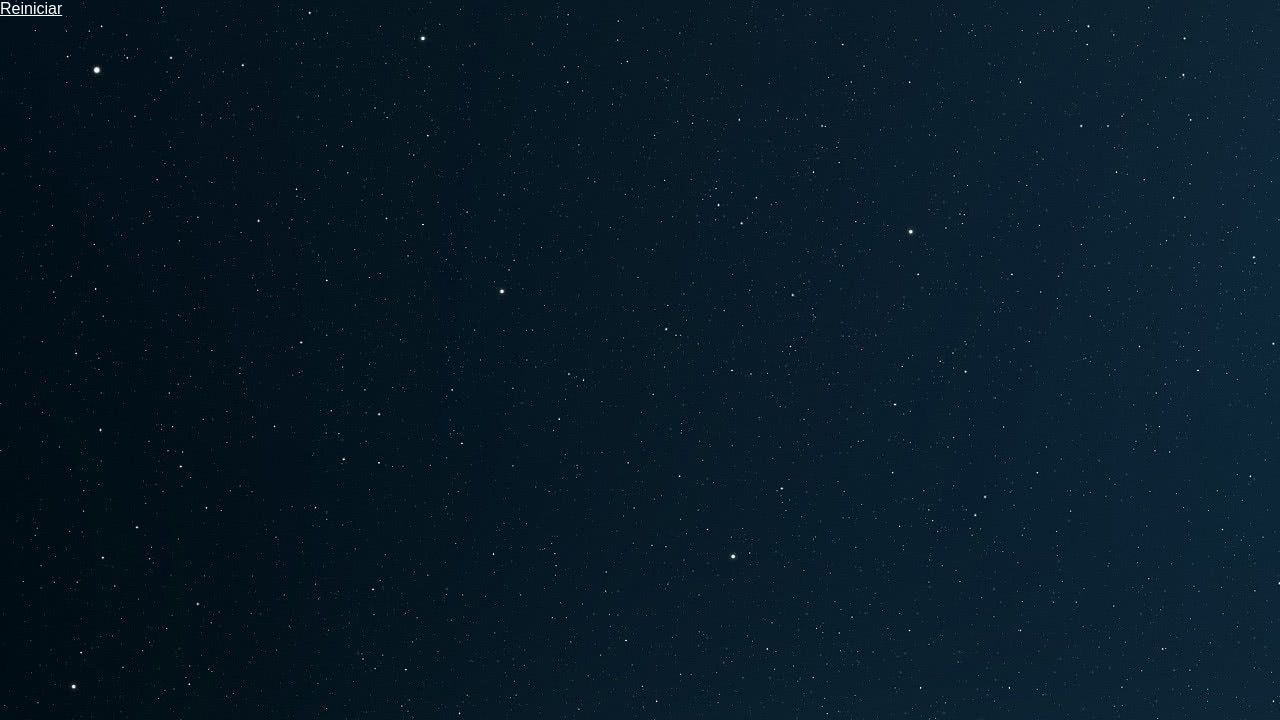
Repository: AndoresuDevs/Diplomado-Java-EE-
Page: http://localhost/Libreria_v01/Errores.jsp
The author's editor kept a copy of each file at every save. The page is drawn from the files as they stood at one save, then again after the next save.
The browser window is 1280 px wide. The pictures show the whole page.
The page is served by Tomcat 9. Nobody is signed in. The application's start-up code is not run. Other server files are loaded and not shown.

Above is the page before, as saved 2021-12-01 18:21:18.

### Libreria v01/src/main/webapp/Errores.jsp
<%@ page language="java" contentType="text/html; charset=ISO-8859-1"
    pageEncoding="ISO-8859-1"%>
<!DOCTYPE html>
<html>
	<head>
		<meta charset="ISO-8859-1">
		<title>Error</title>
		<link rel="stylesheet" href="css/formularios.css">
	</head>
	<body background="img/formulario.jpg">
			<div class=contenedor>



			<a href="MostrarLibros.jsp">Reiniciar</a>
			</div>
	</body>
</html>

### Libreria v01/src/main/webapp/css/formularios.css
@charset "ISO-8859-1";




* {
	margin: 0;
	padding: 0;
	box-sizing: border-box;
	font-family: 'Montserrat Alternates', sans-serif;
}

.inputs{
	width:100%;
	background:#24303c;
	padding:10px;
	border-radius:4px;
	margin-bottom:15px;
	border: 1px solid #1f53c5;
	font-size:18px;
	color:white;
}


.formulario{
	width:400px;
	background:#24303c;
	padding:30px;
	margin: auto;
	margin-top: 40px;
	margin-bottom: 50px;
	border-radius:4px;
	font-family:'roboto';
	color:white;
	box-shadow:7px 13px 37px #000;

}

h1{
	font-size:22px;
	margin-bottom:20px;

}

.txt{
	height:40px;
	font-size:20px;
	color: white;
}

.boton{
	width:100%;
	background:#1f53c5;
	border: none;
	padding:12px;
	color:white;
	margin: 16px 0;
	font-size:16px;
}

.navegar{
	color:white;
	text-align:center;
	margin-left: auto;
	margin-right: auto;
}

a{
	color:white;
}

/*ESTILO DEL SELECT*/
.content-input input,
.content-select select{
	appearance: none;
	-webkit-appearance: none;
	-moz-appearance: none;
}

.content-select select{
	appearance: none;
	-webkit-appearance: none;
	-moz-appearance: none;

}/* Eliminamos la fecha que por defecto aparece en el desplegable */
.content-select select::-ms-expand {
    display: none;
}

.content-select select{
	width: 100%;
	background:#24303c;
	padding: 10px;
	border-radius:4px;
	margin-bottom:15px;
	margin-right:15px;
	cursor: pointer;
  	border: 1px solid #1f53c5;
	color: white;
	font-size: 18px;
    transition: all 0.25s ease;
}

.content-select select:hover{
	background: #1f53c5;
}

After the next save:
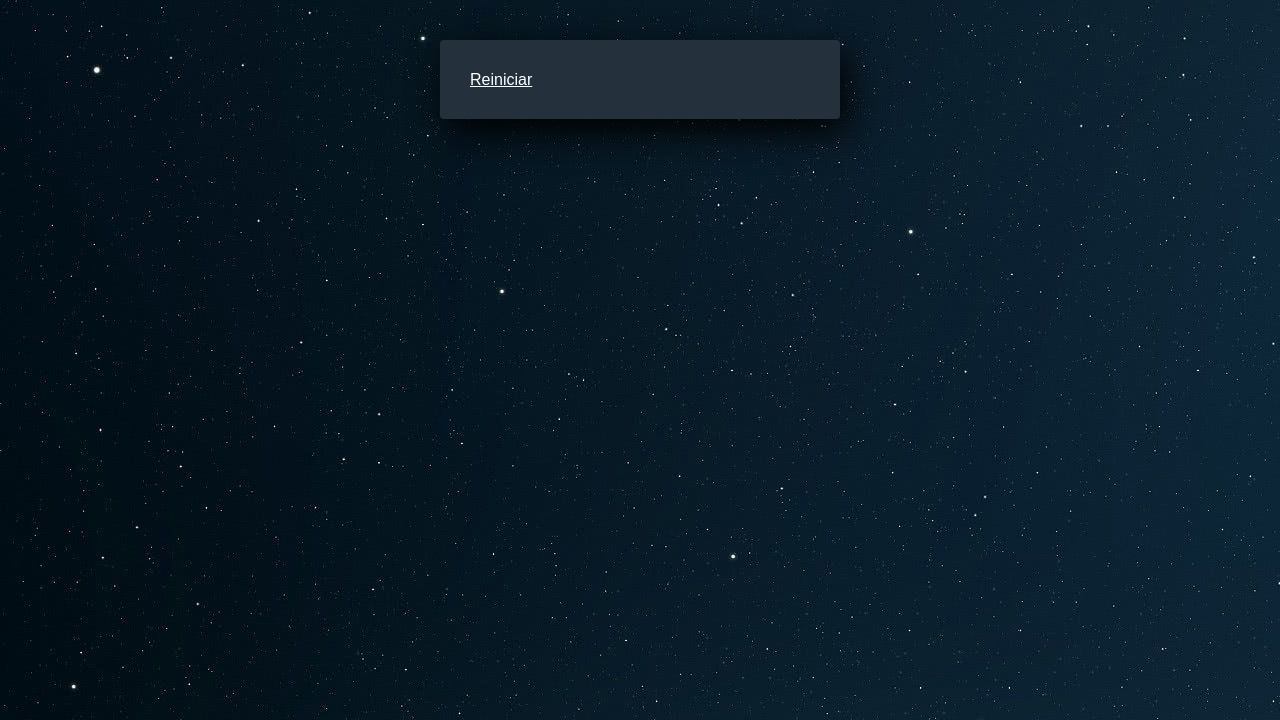
Saved 61 s later.
--- a/Libreria v01/src/main/webapp/Errores.jsp
+++ b/Libreria v01/src/main/webapp/Errores.jsp
@@ -8,7 +8,7 @@
 		<link rel="stylesheet" href="css/formularios.css">
 	</head>
 	<body background="img/formulario.jpg">
-			<div class=contenedor>
+			<div class=formulario>
 
 
 
